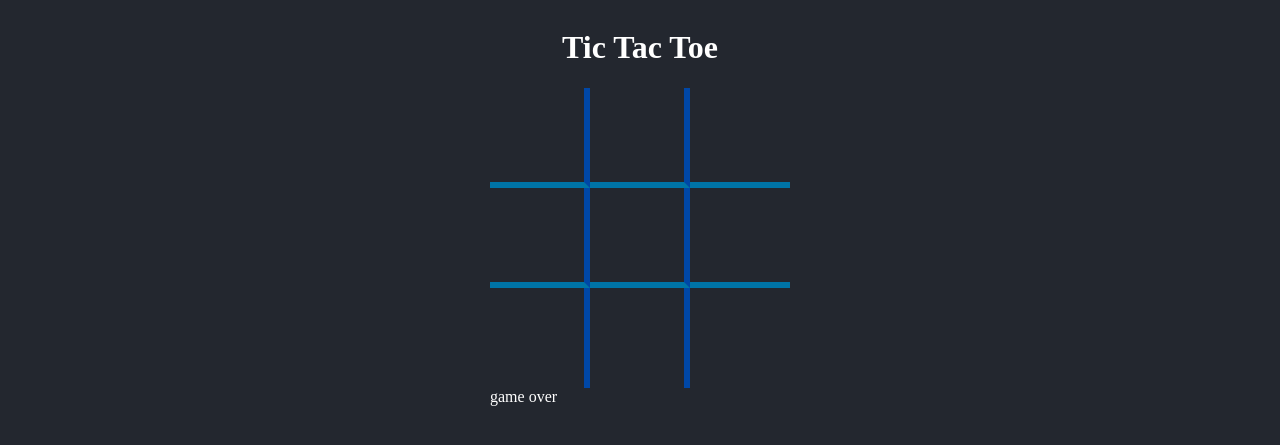
Repository: yuv-raj-25/Tic-Tac-Toe
Page: /
An editor plug-in stored every save of this project. The page is shown before and after a run of saves, followed by the edit.
The browser window is 1280 px wide. The pictures show the whole page.
The project was rebuilt for these pictures with package versions that can differ from the ones it lists, and the page was loaded fresh each time. Also part of the build but not shown: vite.config.js, src/components/Reset.jsx, src/index.css. Imported but missing from the stored project, and not drawn on this page: src/sounds/click.wav, src/sounds/game_over.wav.

Above is the page before, as saved 2023-10-18 12:26:12.

After the next 2 saves:
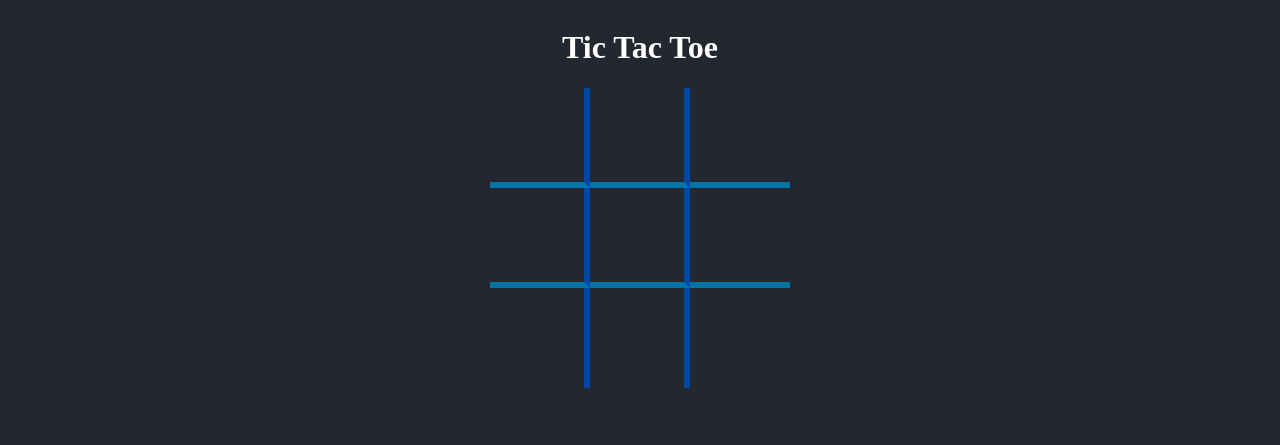
The 2 saves are shown as one change because they came seconds apart.
The last was saved 15 s later.
--- a/src/components/GameOver.jsx
+++ b/src/components/GameOver.jsx
@@ -1,6 +1,7 @@
 import Gamestate from "./GameState";
+
 function GameOver({gamestate}) {
-    return <div>game over</div>;
+
 }
 
 export default GameOver;
